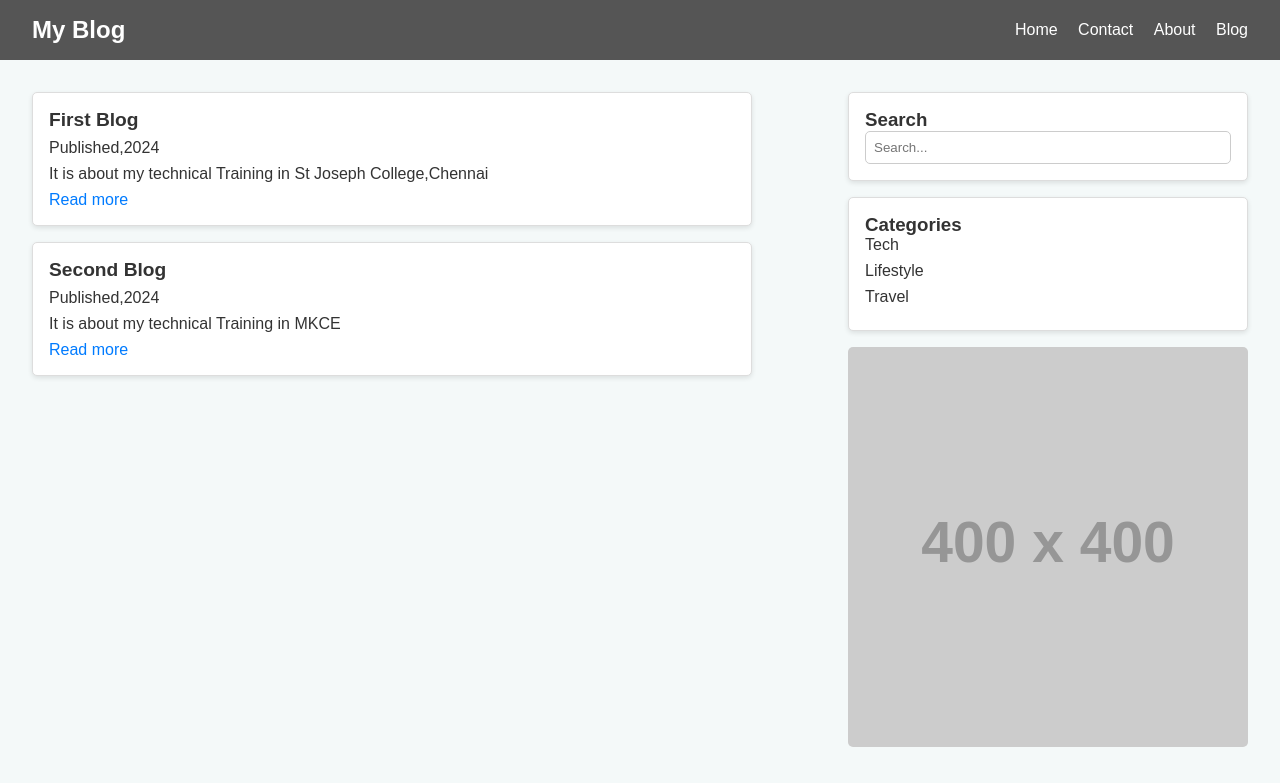
Repository: obusakthi539/Loginform
Page: Myblog.html
The author's editor kept a copy of each file at every save. The page is drawn from the files as they stood at one save, then again after the next save.
The browser window is 1280 px wide. The pictures show the whole page.

Above is the page before, as saved 2025-01-12 16:51:08.

After the next save:
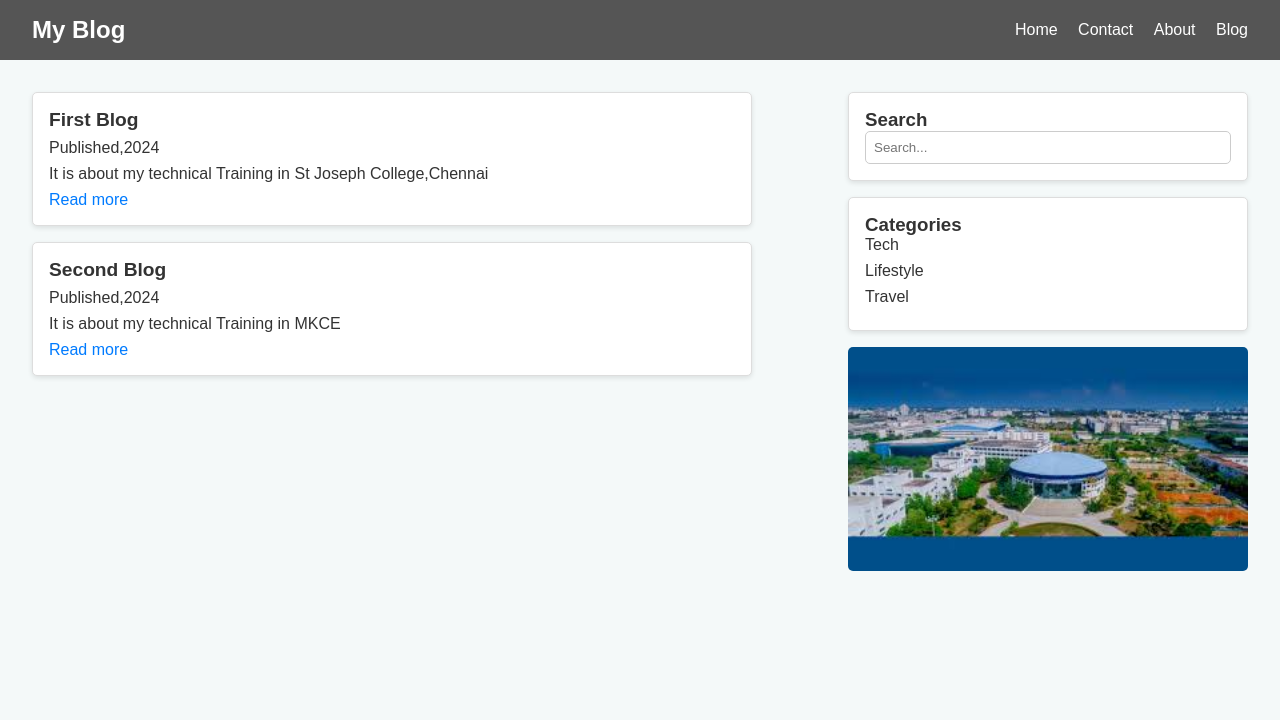
Saved 72 s later.
--- a/Myblog.html
+++ b/Myblog.html
@@ -184,7 +184,7 @@
             </div>
 
             <div class="image-section">
-                <img src="https://via.placeholder.com/400" alt="Blog Image">
+                <img src="St joseph.jpg" alt="Blog Image">
             </div>
         </div>
     </div>
